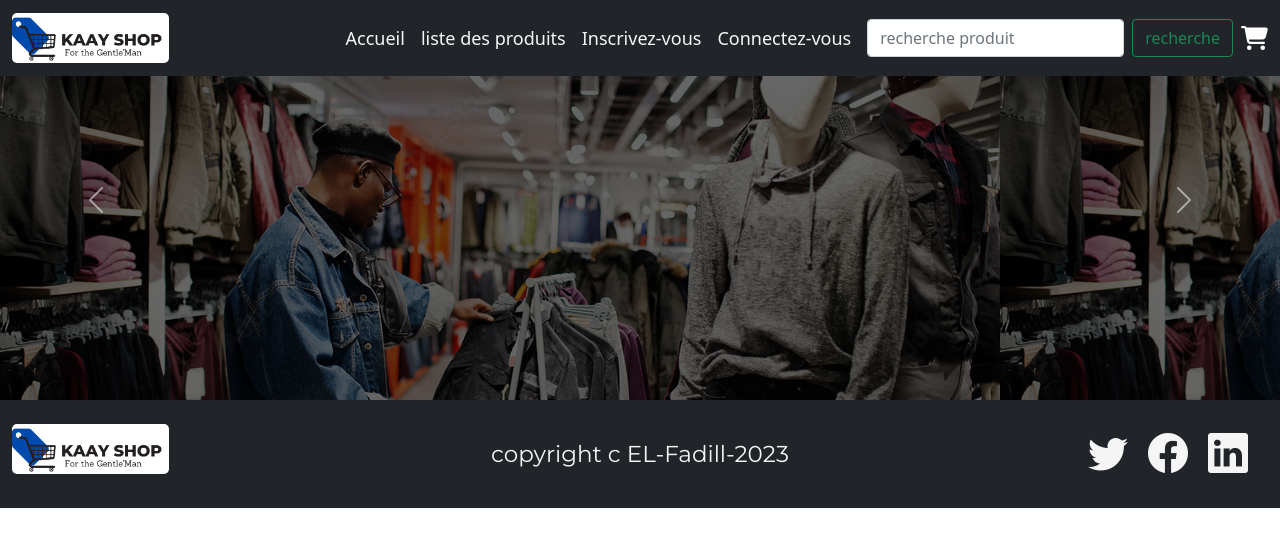
Repository: wadelfadill/Mini_projet_bootstrap_Site_vente_online
Page: list_product.html
An editor plug-in stored every save of this project. The page is shown before and after the next save, followed by the edit.
The browser window is 1280 px wide. The pictures show the whole page.
Some web libraries are served in a nearby version.

Above is the page before, as saved 2023-05-16 11:10:29.

### list_product.html
<!DOCTYPE html>
<html lang="en">
<head>
    <!--======== Website icone =======-->
    <link rel="shortcut icon" href="assets/images/logo/cart-shopping-solid.svg" type="image/x-icon">
    <meta charset="UTF-8">
    <meta http-equiv="X-UA-Compatible" content="IE=edge">
    <meta name="viewport" content="width=device-width, initial-scale=1.0">
    <!--=========== Title of Website ============-->
    <title>KAAY-SHOP</title>

    <!--======== Bootstrap Links ===========-->
    <link href="https://cdn.jsdelivr.net/npm/bootstrap@5.1.3/dist/css/bootstrap.min.css" rel="stylesheet" integrity="sha384-1BmE4kWBq78iYhFldvKuhfTAU6auU8tT94WrHftjDbrCEXSU1oBoqyl2QvZ6jIW3" crossorigin="anonymous">
    <link rel="stylesheet" href="https://cdn.jsdelivr.net/npm/bootstrap-icons@1.10.5/font/bootstrap-icons.css">
    <!--========= CSS links ===============-->
    <link rel="stylesheet" href="assets/css/style.css">
    <link rel="stylesheet" href="assets/css/list_product_style.css">
    <!--========= Google Fonts Links =========-->
    <link rel="preconnect" href="https://fonts.googleapis.com">
    <link rel="preconnect" href="https://fonts.gstatic.com" crossorigin>
    <link href="https://fonts.googleapis.com/css2?family=Montserrat:wght@400;700&family=Roboto:wght@100;400;700&display=swap" rel="stylesheet">
    <!--========== Google Font-Awesome Script  ==========-->
    <script src="https://kit.fontawesome.com/8f130c8a35.js" crossorigin="anonymous"></script>

</head>
<body>
    <!-- ========== Start Header Section ========== -->
    <header id="header">
        <nav class="navbar navbar-expand-lg navbar-dark bg-dark fixed-top">
            <div class="container-fluid">
              <a class="navbar-brand" href="#header"><img src="assets/images/logo/kAAY SHOP.png" alt="" class="img-fluid website_logo"></a>
              <button class="navbar-toggler" type="button" data-bs-toggle="collapse" data-bs-target="#navbarSupportedContent" aria-controls="navbarSupportedContent" aria-expanded="false" aria-label="Toggle navigation">
                <span class="navbar-toggler-icon"></span>
              </button>
              <div class="collapse navbar-collapse" id="navbarSupportedContent">
                <ul class="navbar-nav ms-auto mb-2 mb-lg-0 me-2">
                  <li class="nav-item">
                    <a class="nav-link active" aria-current="page" href="index.html">Accueil</a>
                  </li>
                  <li class="nav-item">
                    <a class="nav-link" href="list_product.html">liste des produits</a>
                  </li>
                  <li class="nav-item">
                    <a class="nav-link" href="registration.html">Inscrivez-vous</a>
                  </li>
                  <li class="nav-item">
                    <a class="nav-link" href="longin.html">Connectez-vous</a>
                  </li>
                </ul>
                <form class="d-flex">
                  <input class="form-control me-2" type="search" placeholder="recherche produit" aria-label="Search">
                  <button class="btn btn-outline-success" type="submit">recherche</button>
                </form>
                <div class="market-icone ms-2">
                    <i class="fa-solid fa-cart-shopping fa-xl" style="color: #ffffff;"></i>
                </div>
              </div>
            </div>
        </nav>
    </header>
    <!-- ========== End Header Section ========== -->
    <!--==================================================-->
   <!-- ========== Start Main ========== -->
   <main id="main">
        <!-- <section id="shirts">
          <div class="container-fluid text-center">
            <div class="entete">
              <h1>LES SHIRTS</h1>
            <span>Lorem ipsum dolor sit amet consectetur adipisicing elit.</span>
            </div>
            <div class="row">
             <div class="categorie_title">
              <h2>Tee-shirts</h2>
             </div>
              <div class="col-md-3">
              </div>
              <div class="col-md-3"></div>
              <div class="col-md-3"></div>
              <div class="col-md-3"></div>
            </div>
          </div>
        </section> -->
        <div id="list_banner">
          <div id="carouselExampleInterval" class="carousel slide h-100" data-bs-ride="carousel">
            <div class="carousel-inner h-100">
              <div class="carousel-item active h-100" data-bs-interval="10000">
                <div class="item1">
                  <h1 class="text-center">Nos differents Types de produits</h1>
                  <span class="text-center">Lorem ipsum dolor sit amet consectetur, adipisicing elit.</span>
                </div>
              </div>
              <div class="carousel-item" data-bs-interval="2000">
                <div class="item2">
                  <h1 class="text-center">Shirts</h1>
                  <span class="text-center">Lorem ipsum dolor sit amet consectetur, adipisicing elit.</span>
                </div>
              </div>
              <div class="carousel-item">
                <div class="item3">
                  <h1 class="text-center">Pantalons</h1>
                  <span class="text-center">Lorem ipsum dolor sit amet consectetur, adipisicing elit.</span>
                </div>
              </div>
              <div class="carousel-item">
                <div class="item4">
                  <h1 class="text-center">Shoes</h1>
                  <span class="text-center">Lorem ipsum dolor sit amet consectetur, adipisicing elit.</span>
                </div>
              </div>
              <div class="carousel-item">
                <div class="item5">
                  <h1 class="text-center">Accessoires</h1>
                  <span class="text-center">Lorem ipsum dolor sit amet consectetur, adipisicing elit.</span>
                </div>
              </div>
            </div>
            <button class="carousel-control-prev" type="button" data-bs-target="#carouselExampleInterval" data-bs-slide="prev">
              <span class="carousel-control-prev-icon" aria-hidden="true"></span>
              <span class="visually-hidden">Previous</span>
            </button>
            <button class="carousel-control-next" type="button" data-bs-target="#carouselExampleInterval" data-bs-slide="next">
              <span class="carousel-control-next-icon" aria-hidden="true"></span>
              <span class="visually-hidden">Next</span>
            </button>
          </div>
        </div>
   </main>
   <!-- ========== End Main ========== -->
   <!--========================================================-->
   <!-- ========== Start Footer Section ========== -->
   <footer id="footer" class="bg-dark navbar-dark">
    <div class="container-fluid pt-4 pb-4">
        <div class="row gap-5 gap-md-0">
            <div class="col-md-4 text-center text-md-start">
                <div class="logo">
                    <img src="assets/images/logo/kAAY SHOP.png" alt="" class="img-fluid website_logo">
                </div>
            </div>
            <div class="col-md-4 text-center my-auto">
                <div class="copyright">
                    copyright c EL-Fadill-2023
                </div>
            </div>
            <div class="col-md-4 text-center text-md-end my-auto">
                <div class="icones d-flex flex-row align-items-center justify-content-center justify-content-md-end gap-5 gap-md-0">
                    <i class="bi bi-twitter"></i>
                    <i class="bi bi-facebook"></i>
                    <i class="bi bi-linkedin"></i>
                </div>
            </div>
        </div>
    </div>
   </footer>
   <!-- ========== End Footer Section ========== -->
   <!--=========================================================-->
    <!--======= Bootstrap Js Script ==========-->
    <script src="https://cdn.jsdelivr.net/npm/bootstrap@5.1.3/dist/js/bootstrap.bundle.min.js" integrity="sha384-ka7Sk0Gln4gmtz2MlQnikT1wXgYsOg+OMhuP+IlRH9sENBO0LRn5q+8nbTov4+1p" crossorigin="anonymous"></script>
</body>
</html>

### assets/css/style.css
/* ======= General ==========*/
*{
    margin: 0;
    padding: 0;
    box-sizing: border-box;
}
body{
    margin: 0;
    padding: 0;
}


/* ======= header section ========*/
.website_logo{
    height: 50px;
    border-radius: 5px;
}
nav ul li a{
    font-family: 'Monserrat' 'sans serif';
    font-size: 18px;
    font-weight: 400;
    color: whitesmoke !important;
}
main{
    /* height: 900px; */
}
#footer{
    font-size: 23px;
    color: whitesmoke;
    font-weight: 400;
    font-family: 'Montserrat';
}
#footer i{
    display: inline-block;
    font-size: 40px;
    padding-right: 20px;
    cursor: pointer;
}

### assets/css/list_product_style.css
main{

    margin: 0;
    padding-left: 0;
    padding-right: 0;
}

/*======== Shirts section =========*/
#shirts h1{
    padding-top: 30px;
    font-family: 'Monserrat' 'sans serif';
    font-style: 45px;
    font-weight: 600;
    color: rgb(1, 1, 26);
    margin-bottom: 30px;
}
#shirts span{
    display: inline-block;
    font-family: 'Roboto';
    font-size: 18px;
    font-weight: 500;
    margin-bottom: 40px;
    color: rgb(1, 1, 26);
}
.entete{
    background: beige;
}
#shirts h2{
    padding-top: 20px;
    font-family: 'Monserrat' 'sans serif';
    font-style: 35px;
    font-weight: 500;
    color: rgb(1, 1, 26);
    margin-bottom: 20px;
}
.categorie_title{
    background: rgb(252, 234, 208);
}
.item1{
     padding-top: 100px;
    width: 100%;
    height: 400px;
    background-image: linear-gradient(rgba(0,0,0, 0.6), rgba(0,0,0, 0.6)), url("../images/item1.jpeg");
}
.item2{
     padding-top: 100px;
    width: 100%;
    height: 400px;
    background-image: linear-gradient(rgba(0,0,0, 0.6), rgba(0,0,0, 0.6)), url("../images/item2.jpeg");
}
.item3{
     padding-top: 100px;
    width: 100%;
    height: 400px;
    background-image: linear-gradient(rgba(0,0,0, 0.6), rgba(0,0,0, 0.6)), url("../images/item3.jpeg");
}
.item4{
     padding-top: 100px;
    width: 100%;
    height: 400px;
    background-size: cover;
    background-image: linear-gradient(rgba(0,0,0, 0.6), rgba(0,0,0, 0.6)), url("../images/item4.jpg");
}
.item5{
     padding-top: 100px;
    width: 100%;
    height: 400px;
    background-image: linear-gradient(rgba(0,0,0, 0.6), rgba(0,0,0, 0.6)), url("../images/item5.jpg");
    background-size: cover;
}
#list_banner{
    height: 400px;
}
#list_banner h1{
    padding-top: 300px;
    font-family: 'Montserrat' 'sans serif';
    font-size: 48px;
    color: white;
    font-weight: 700;
}
#list_banner span{
    text-align: center;
    font-family: 'Roboto';
    font-size: 21px;
    font-weight: 500;
    color: white;
}

After the next save:
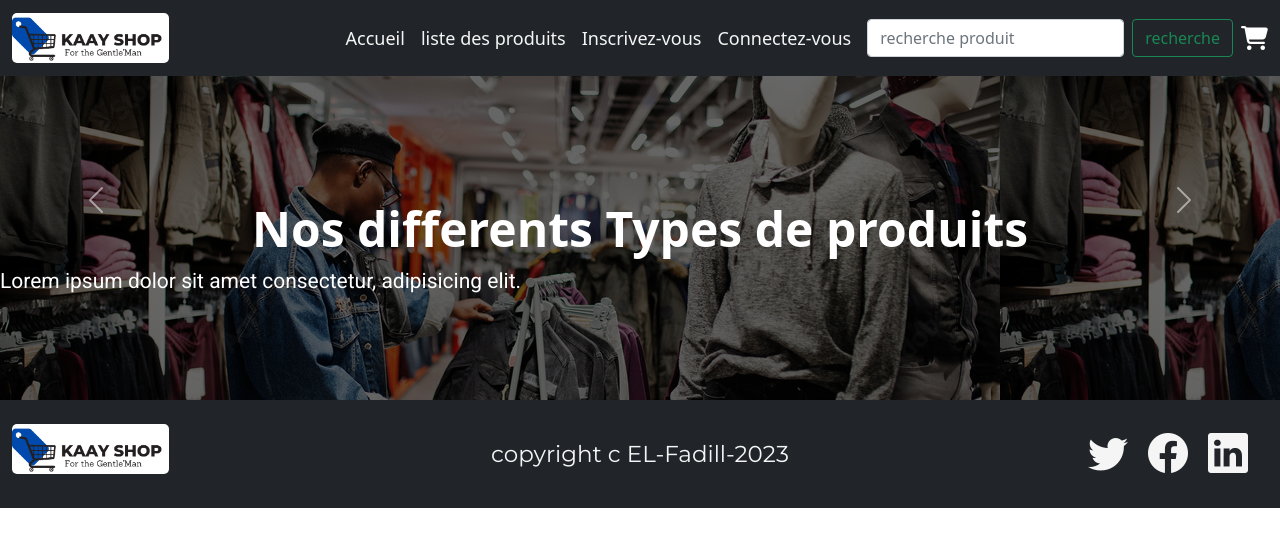
Saved 10 s later.
--- a/assets/css/list_product_style.css
+++ b/assets/css/list_product_style.css
@@ -72,7 +72,7 @@
     height: 400px;
 }
 #list_banner h1{
-    padding-top: 300px;
+    padding-top: 100px;
     font-family: 'Montserrat' 'sans serif';
     font-size: 48px;
     color: white;
